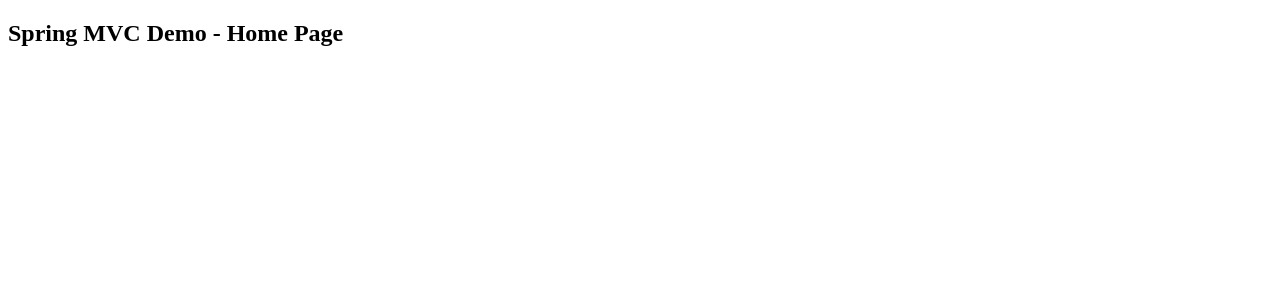
Repository: fintechilla/extra_work
Page: http://localhost/spring-mvc-demo-act/
An editor plug-in stored every save of this project. The page is shown before and after the next save, followed by the edit.
The browser window is 1280 px wide. The pictures show the whole page.
The page is served by Tomcat 9.

Above is the page before, as saved 2020-06-19 02:50:09.

After the next save:
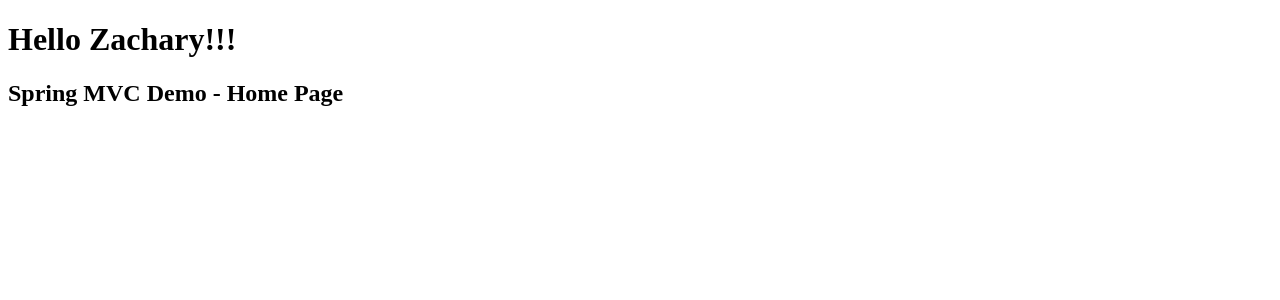
Saved 11 h 6 min later.
--- a/Eclipse/spring-mvc-demo-act/WebContent/WEB-INF/view/main-menu.jsp
+++ b/Eclipse/spring-mvc-demo-act/WebContent/WEB-INF/view/main-menu.jsp
@@ -2,7 +2,7 @@
 
 <html>
 <body>
-
+<h1>Hello Zachary!!!</h1>
 <h2>Spring MVC Demo - Home Page</h2>
 
 </body>
